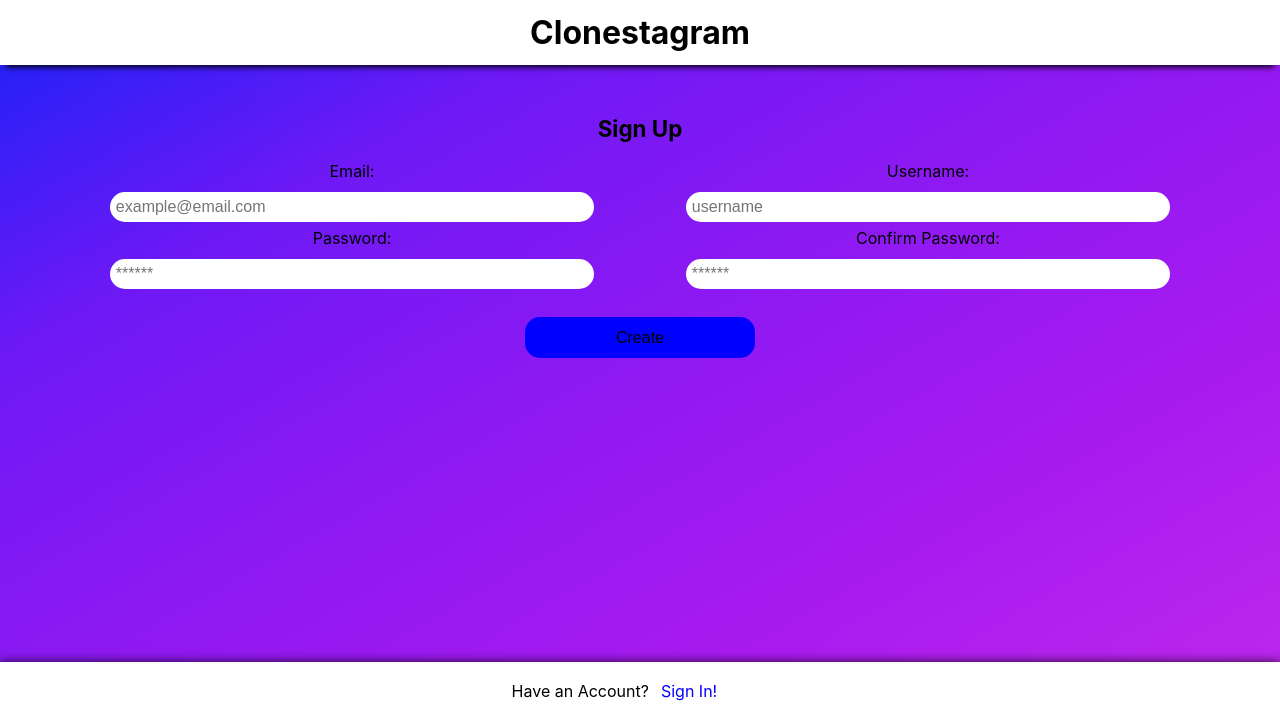
Repository: MikeMoore55/clonestagram
Page: /signup
An editor plug-in stored every save of this project. The page is shown before and after a run of saves, followed by the edit.
The browser window is 1280 px wide. The pictures show the whole page.
The page's requests for data from a server got no answer. The project was rebuilt for these pictures with package versions that can differ from the ones it lists, and the page was loaded fresh each time. The framework's server and built-in components were replaced by stand-ins that run in the browser. No one was signed in, and anything a server would have sent is missing. Also part of the build but not shown: next.config.js.

Above is the page before, as saved 2022-11-18 09:06:18.

After the next 2 saves:
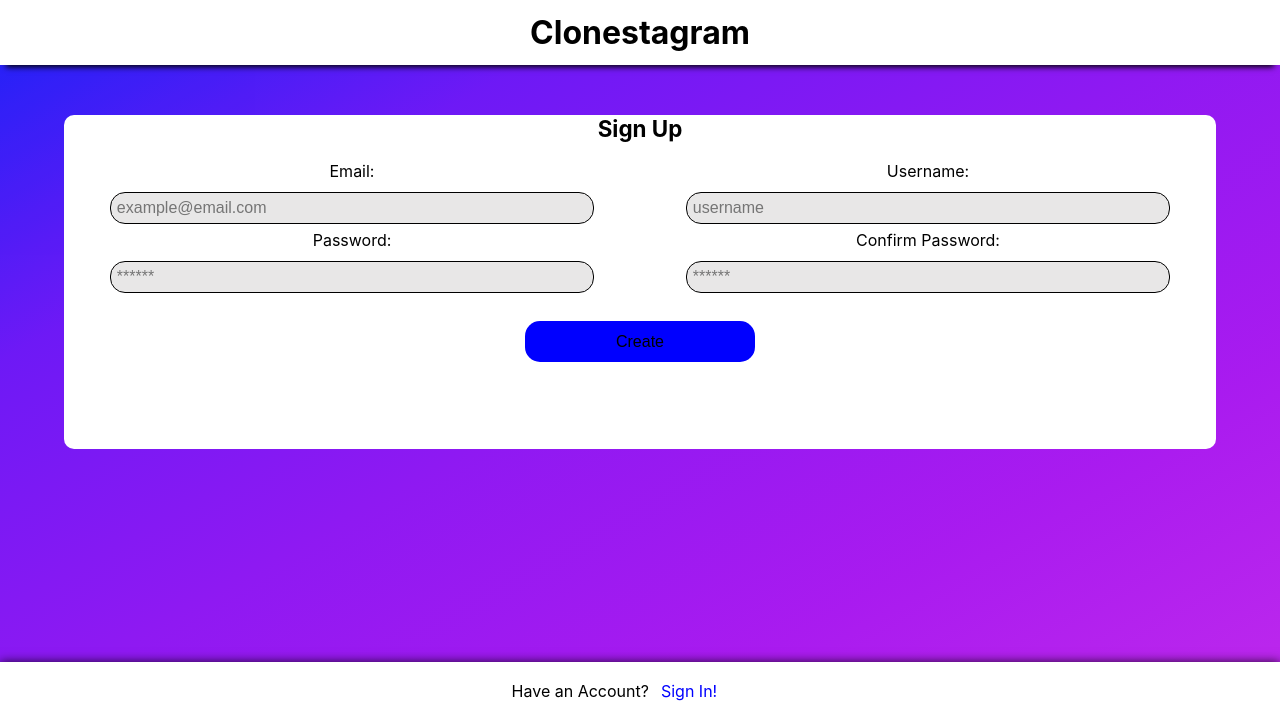
The 2 saves are shown as one change because they came seconds apart.
The last was saved 51 s later.
--- a/styles/SignUp.module.css
+++ b/styles/SignUp.module.css
@@ -9,6 +9,8 @@
     width: 80%;
     margin: 3% 10% 5% 10%;
     text-align: center;
+    background-color: white;
+    border-radius: 10px;
 }
 
 .heading {
@@ -21,15 +23,14 @@
     position: relative;
     text-align: center;
     font-size: 1.1em;
-
 }
 
 .input {
     position: relative;
     margin: 5% 10% 5% 10%;
     width: 80%;
-    background-color: white;
-    border: none;
+    background-color: rgb(232, 231, 231);
+    border: solid 1px black;
     border-radius: 10px;
     font-size: 1em;
     padding: 1%;
